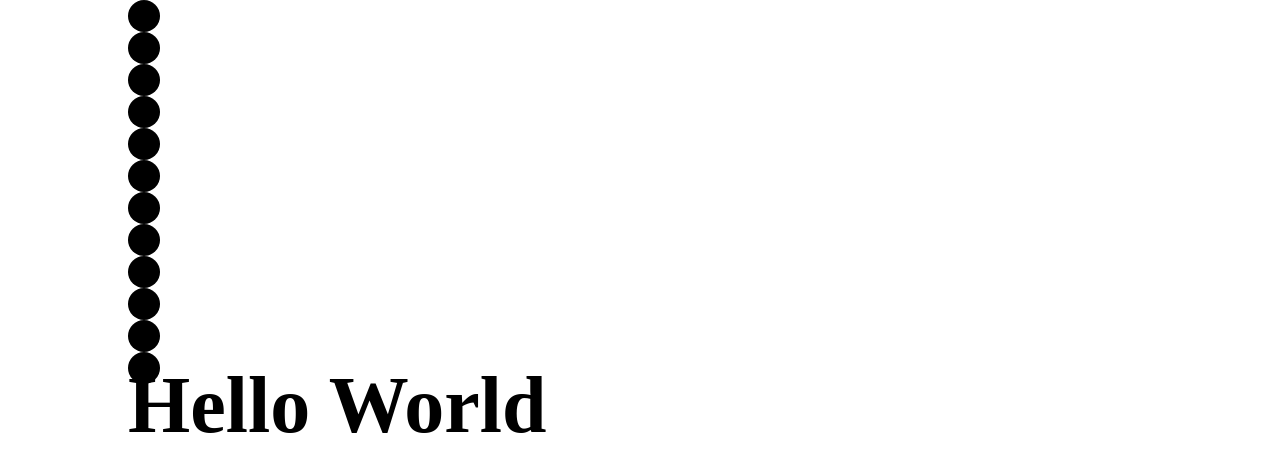
Repository: sarahlochhead/css-demo
Page: index.html
An editor plug-in stored every save of this project. The page is shown before and after a run of saves, followed by the edit.
The browser window is 1280 px wide. The pictures show the whole page.

Above is the page before, as saved 2023-04-28 12:21:30.

After the next 2 saves:
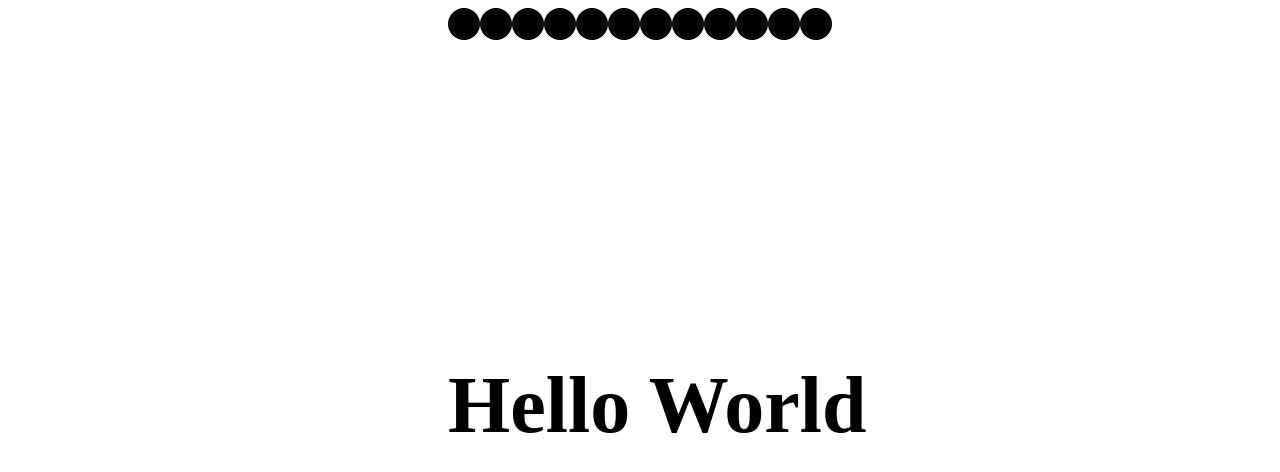
The 2 saves are shown as one change because they came seconds apart.
The last was saved 15 s later.
--- a/styles.css
+++ b/styles.css
@@ -1,8 +1,9 @@
 @charset "utf-8";
 
 body {
-    width: 80%;
-    margin: 0 auto;
+    display: flex;
+    justify-content: center;
+    align-items: center;
 }
 
 h1 {
